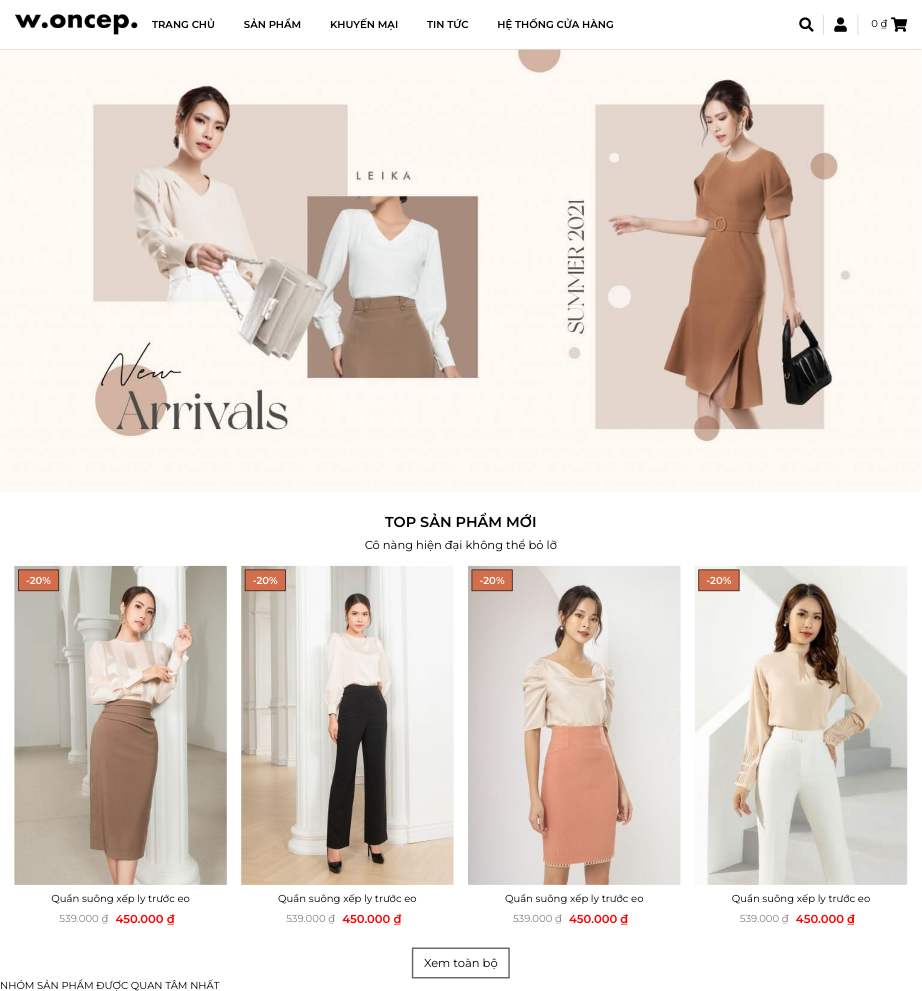
Repository: Nguyenductuan-dev/bt_j2team
Page: index.html
The author's editor kept a copy of each file at every save. The page is drawn from the files as they stood at one save, then again after the next save.
The browser window is 1280 px wide. The pictures show the whole page, at 72% of full size.

Above is the page before, as saved 2021-12-12 16:04:55.

After the next save:
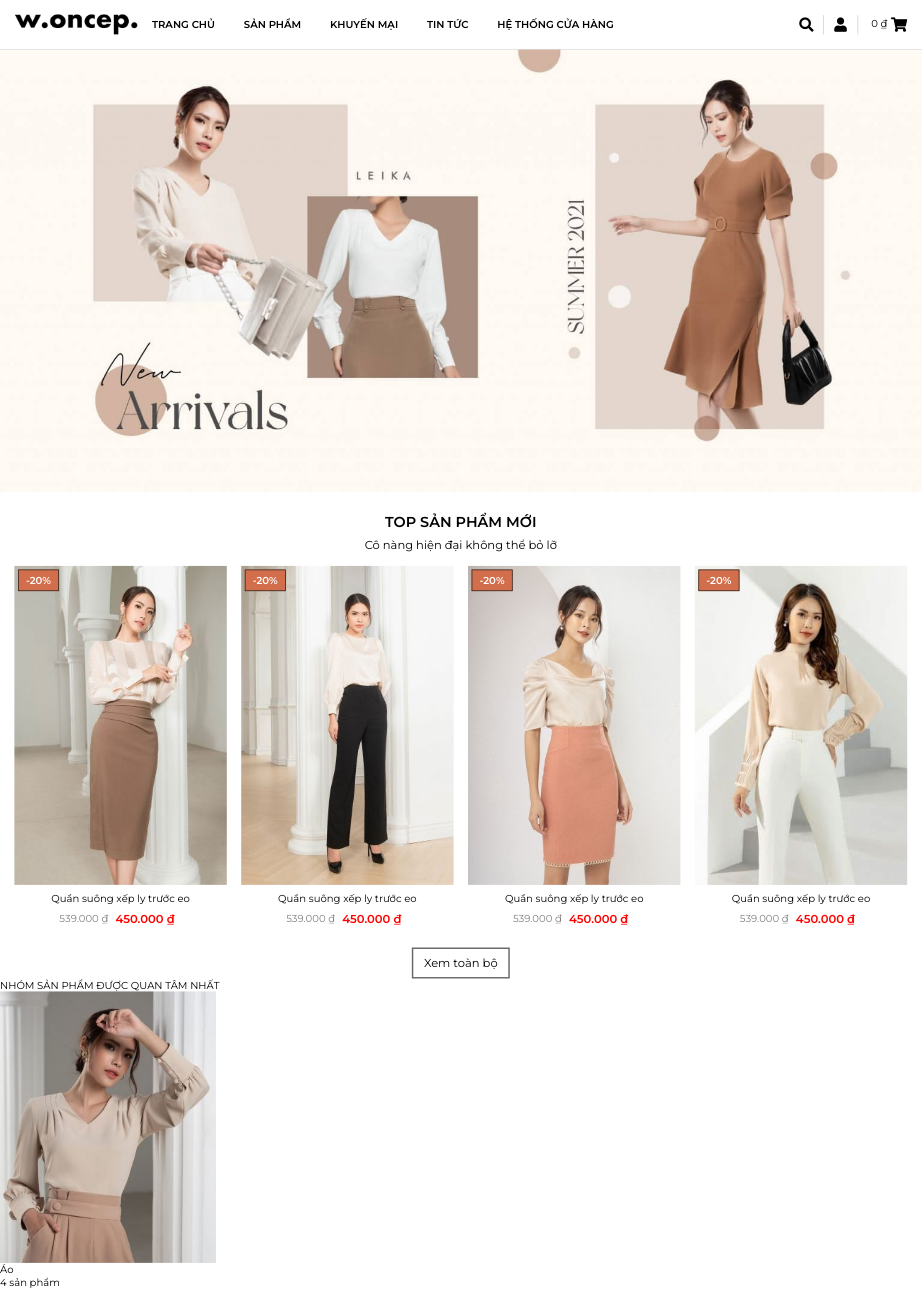
Saved 13 min 5 s later.
--- a/index.html
+++ b/index.html
@@ -175,6 +175,16 @@
                 <h3 class="home_catalogue-heading">
                     NHÓM SẢN PHẨM ĐƯỢC QUAN TÂM NHẤT
                 </h3>
+
+                <div class="home_catalogue-list">
+                    <div class="home_catalogue-item">
+                        <a href="">
+                            <img class="home_catalogue-img" src="./images/catalogue1.jpg" alt="">
+                            <h3 class="home_catalogue-title">Áo</h3>
+                            <p class="home_catalogue-quantily">4 sản phẩm</p>
+                        </a>
+                    </div>
+                </div>
             </div>
 
 
